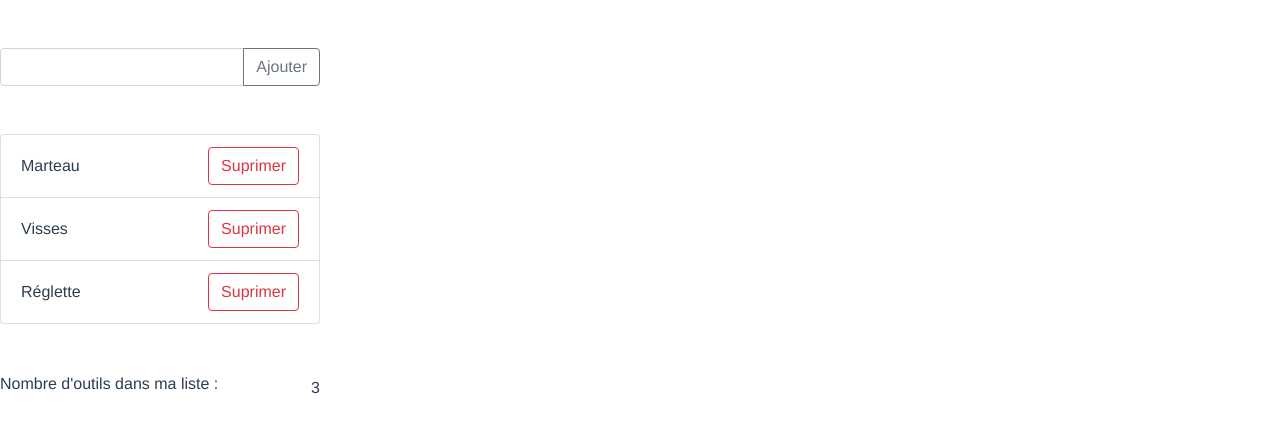
Repository: corentin-e-student/test-vue
Page: /
These files come from the project's save history. The page is drawn as it stood at one moment and after the next save; the edit follows.
The browser window is 1280 px wide. The pictures show the whole page.
The project was rebuilt for these pictures with package versions that can differ from the ones it lists, and the page was loaded fresh each time. Also part of the build but not shown: vue.config.js.

Above is the page before, as saved 2023-02-28 16:43:53.

After the next save:
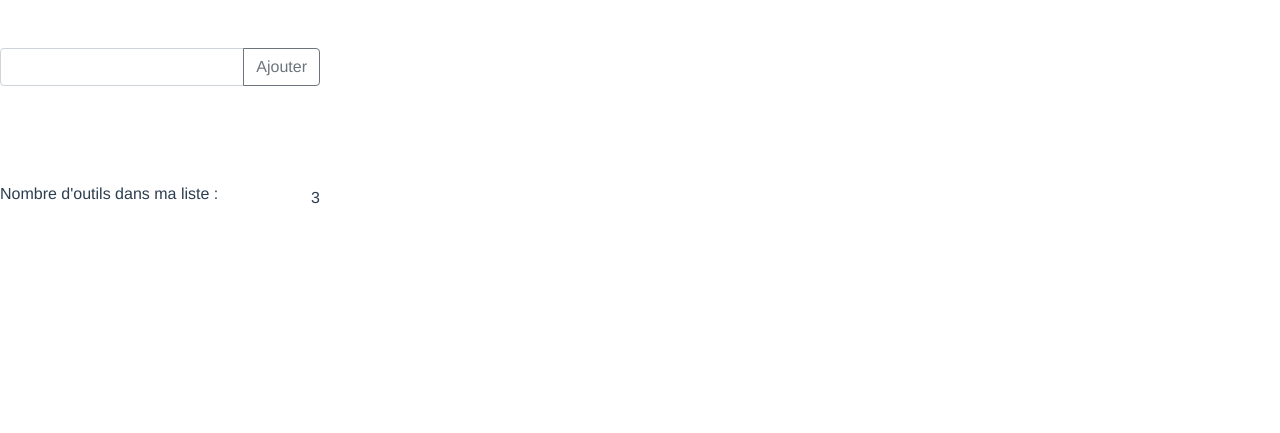
Saved 5 min 25 s later.
--- a/src/components/TodoList.vue
+++ b/src/components/TodoList.vue
@@ -13,7 +13,7 @@
         </b-list-group>
         <div class="w-25 mt-5 d-flex justify-content-between align-items-center">
             <label>Nombre d'outils dans ma liste :</label>
-            <span>{{ toolList.length }}</span>
+            <span>{{ tools.length }}</span>
         </div>
     </div>
   </template>
@@ -22,7 +22,7 @@
     export default {
         name: 'TodoList',
         data: () => ({
-            toolList: [
+            tools: [
             { id: 0, name: 'Marteau' },
             { id: 1, name: 'Visses' },
             { id: 2, name: 'Réglette' }
@@ -30,15 +30,15 @@
         }),
         computed: {
             publishTodoListLength: () => {
-                this.toolList.length
+                this.tools.length
             }
         },
         methods: {
             incrementToolListLength() {
-                this.toolList.length++
+                this.tools.length++
             },
             addTools() {
-                this.toolList.push({id: this.toolList.id++, name: this.tool.name})
+                this.tools.push({id: this.tool.id++, name: this.tool.name})
             }
         }
     }

After the save that followed:
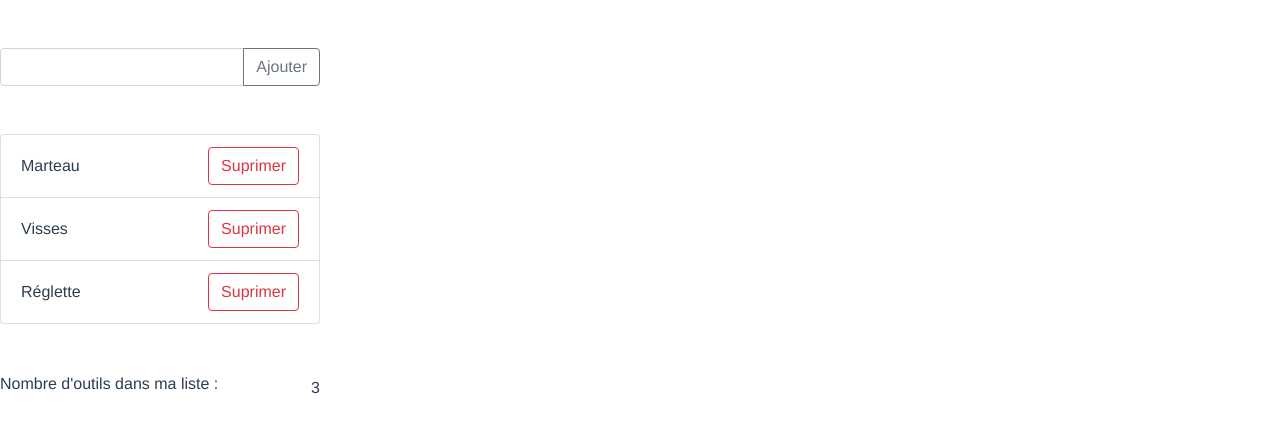
Saved 13 s later.
--- a/src/components/TodoList.vue
+++ b/src/components/TodoList.vue
@@ -7,7 +7,7 @@
             </b-input-group-append>
         </b-input-group>
         <b-list-group class="w-25 mt-5">
-            <b-list-group-item class="d-flex justify-content-between align-items-center" v-for="{id, name} in toolList" :key="id">
+            <b-list-group-item class="d-flex justify-content-between align-items-center" v-for="{id, name} in tools" :key="id">
                 {{ name }} <b-button variant="outline-danger">Suprimer</b-button>
             </b-list-group-item>
         </b-list-group>
